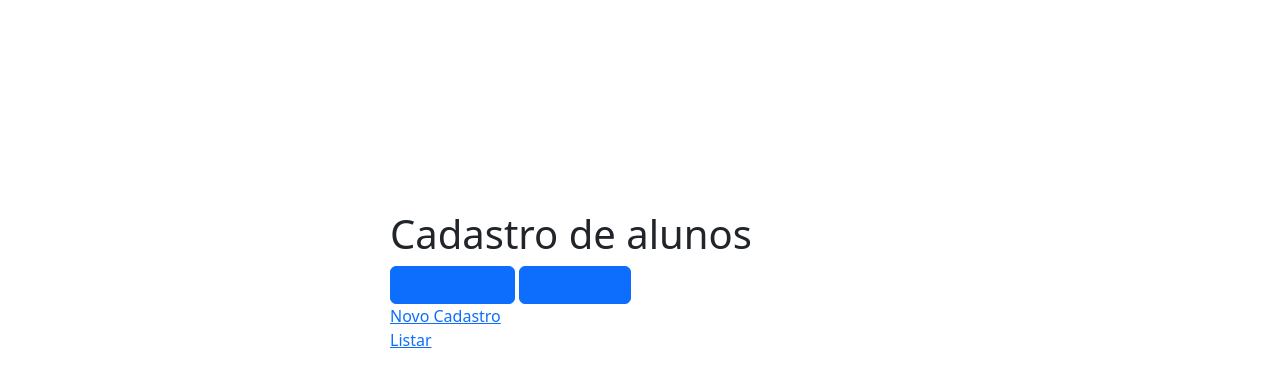
Repository: juliatbarbosa/CRUD-ALUNOS
Page: http://localhost/OlaMundo/alunos/cadastro/index.jsp
The author's editor kept a copy of each file at every save. The page is drawn from the files as they stood at one save, then again after the next save.
The browser window is 1280 px wide. The pictures show the whole page.
The page is served by Tomcat 9.

Above is the page before, as saved 2024-09-29 21:07:26.

After the next save:
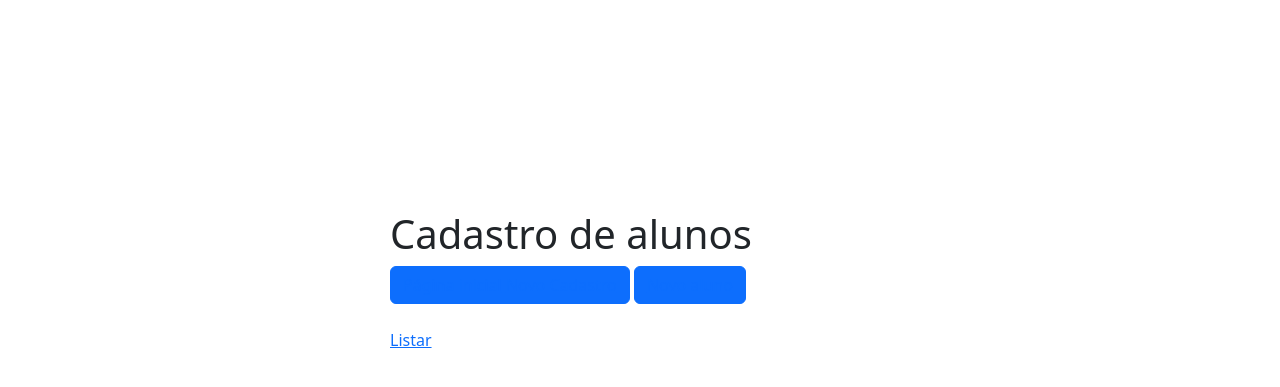
Saved 7 s later.
--- a/OlaMundo/src/main/webapp/alunos/cadastro/index.jsp
+++ b/OlaMundo/src/main/webapp/alunos/cadastro/index.jsp
@@ -36,13 +36,13 @@ body {
 	<div class="botoes">
 			<button type="button" class="btn btn-primary">
 				<a href="index.jsp">Página inicial</a>
+	<a href="formulario.jsp?id=0">Novo Cadastro</a>
 			</button>
 			<button type="button" class="btn btn-primary">
 				<a href="formulario.jsp?id=0">Novo aluno</a>
 			</button>
 
 		</div>
-	<a href="formulario.jsp?id=0">Novo Cadastro</a>
 	<br/>
 	<a href="listar.jsp">Listar</a>
 
